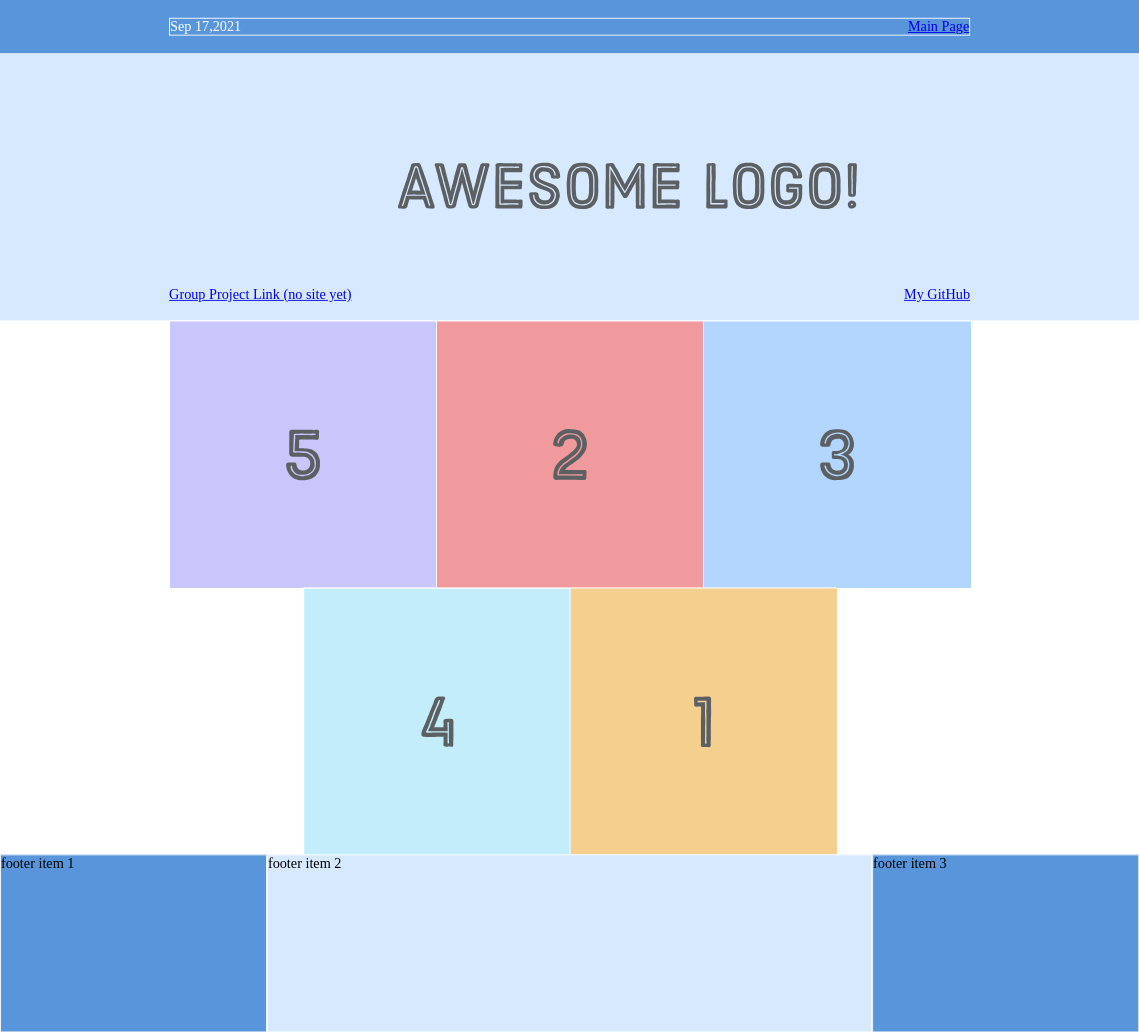
Repository: arkomz/INST377-Lab-Work
Page: client/lab_3/index.html
These files come from the project's save history. The page is drawn as it stood at one moment and after the next save; the edit follows.
The browser window is 1280 px wide. The pictures show the whole page, at 89% of full size.

Above is the page before, as saved 2021-09-17 14:20:29.

### client/lab_3/index.html
<!DOCTYPE html>
<html lang='en'>
  <head>
    <meta charset='UTF-8'/>
    <title>Arko Mazumder</title>
    <link rel='stylesheet' href='styles.css'/>
  </head>
  <body>
    <div class='menu-container'>
      <div class='menu'>
        <div class='date'>Sep 17,2021</div>

              <div class='signup'> <a href = 'index.html'> Main Page </a> </div>

      </div>
      </div>

      <div class='header-container'>
            <div class='header'>
            <div class='subscribe'> <a href =  "https://INST377Group4.com"> Group Project Link (no site yet)</a></div>
            <div class='logo'><img src='images/awesome-logo.svg'/></div>
            <div class='social'> <a href = "https://github.com/arkomz"> My GitHub </a> </div>
          </div>
        </div>

    <div class='photo-grid-container'>
              <div class='photo-grid'>
                <div class='photo-grid-item first-item'>
                  <img src='images/one.svg'/>
                </div>
                <div class='photo-grid-item'>
                  <img src='images/two.svg'/>
                </div>
                <div class='photo-grid-item'>
                  <img src='images/three.svg'/>
                </div>
                <div class='photo-grid-item'>
                  <img src='images/four.svg'/>
                </div>
                <div class='photo-grid-item last-item'>
                  <img src='images/five.svg'/>
                </div>
              </div>
            </div>

            <div class='footer'>
            <div class='footer-item Footer One footer-one'> footer item 1</div>
            <div class='footer-item footer-two'> footer item 2</div>
            <div class='footer-item footer-three'> footer item 3</div>
          </div>
  </body>

### client/lab_3/styles.css
* {
    margin: 0;
    padding: 0;
    box-sizing: border-box;
  }

  .menu-container {
    color: #fff;
    background-color: #5995DA;  /* Blue */
    padding: 20px 0;
    display: flex;
    justify-content: center;
  }

  .menu {
    border: 1px solid #fff;
    width: 900px;
    display: flex;
    justify-content: space-between;
  }

  .links {
    border: 1px solid #fff;  /* For debugging */
    display: flex;
    justify-content: flex-end;
  }

  .login {
    margin-left: 20px;
  }

  .header-container {
    color: #5995DA;
    background-color: #D6E9FE;
    display: flex;
    justify-content: center;
  }

  .header {
    width: 900px;
    height: 300px;
    display: flex;
    justify-content: space-between;
    align-items: center;
  }

  .photo-grid-container {
    display: flex;
    justify-content: center;
  }

  .photo-grid {
    width: 900px;
    display: flex;
    justify-content: center;
    flex-wrap: wrap;
    flex-direction: row;
    align-items: center;
  }

  .photo-grid-item {
    border: 1px solid #fff;
    width: 300px;
    height: 300px;
  }

  .first-item {
    order: 1;
  }

  .last-item {
    order: -1;
  }

  .social,
  .subscribe {
    align-self: flex-end;
    margin-bottom: 20px;
    }

    .footer {
        display: flex;
        justify-content: space-between;
      }

  .footer-item {
    border: 1px solid #fff;
    background-color: #D6E9FE;
    height: 200px;
    flex: 1;
  }

  .footer-three {
    flex: 2;
  }

  .footer-one,
  .footer-three {
    background-color: #5995DA;
    flex: initial;
    width: 300px;
  }

  .signup {
    color: #fff;
    margin-left: auto;
  }

After the next save:
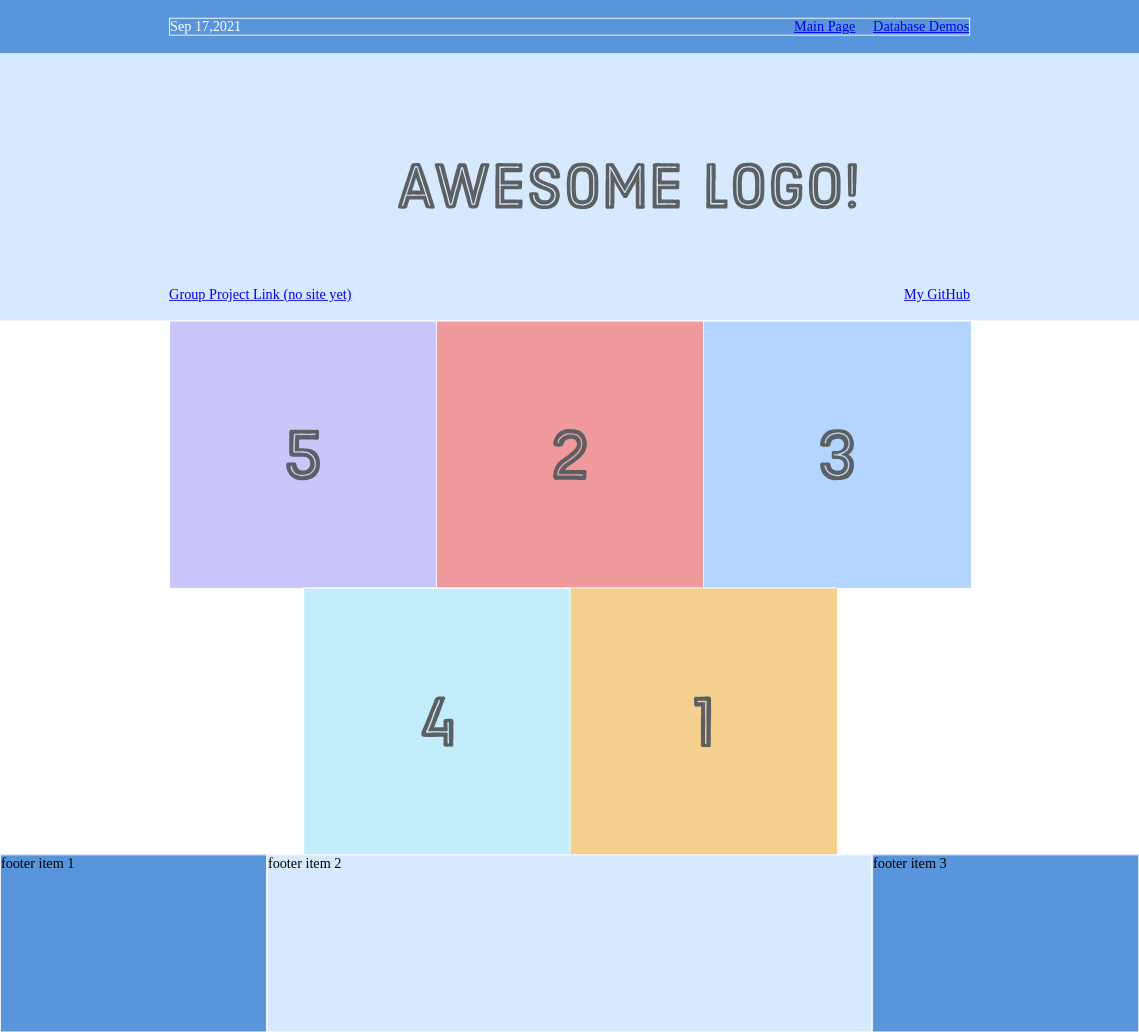
Saved 65 s later.
--- a/client/lab_3/index.html
+++ b/client/lab_3/index.html
@@ -11,6 +11,7 @@
         <div class='date'>Sep 17,2021</div>
 
               <div class='signup'> <a href = 'index.html'> Main Page </a> </div>
+              <div class='login'> <a href = 'data.html'> Database Demos </a> </div>
 
       </div>
       </div>
